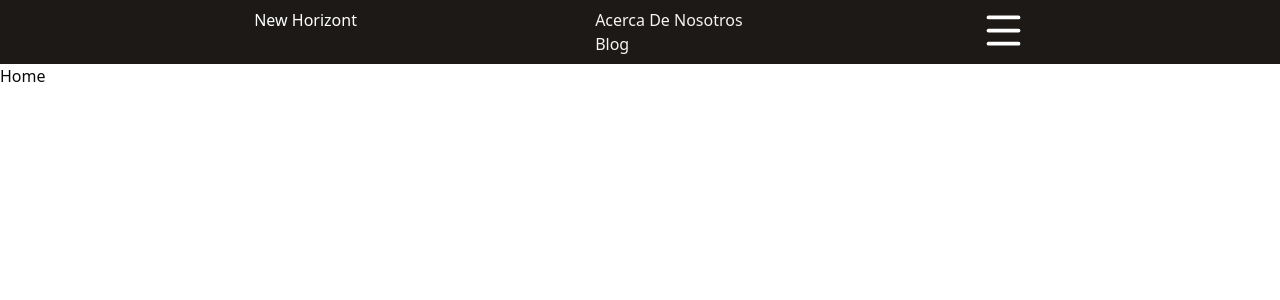
Repository: jefrydep/new-horizont-school
Page: /
The author's editor kept a copy of each file at every save. The page is drawn from the files as they stood at one save, then again after the next save.
The browser window is 1280 px wide. The pictures show the whole page.
The project was rebuilt for these pictures with package versions that can differ from the ones it lists, and the page was loaded fresh each time. The framework's server and built-in components were replaced by stand-ins that run in the browser. Also part of the build but not shown: next.config.ts.

Above is the page before, as saved 2024-11-07 17:10:05.

After the next save:
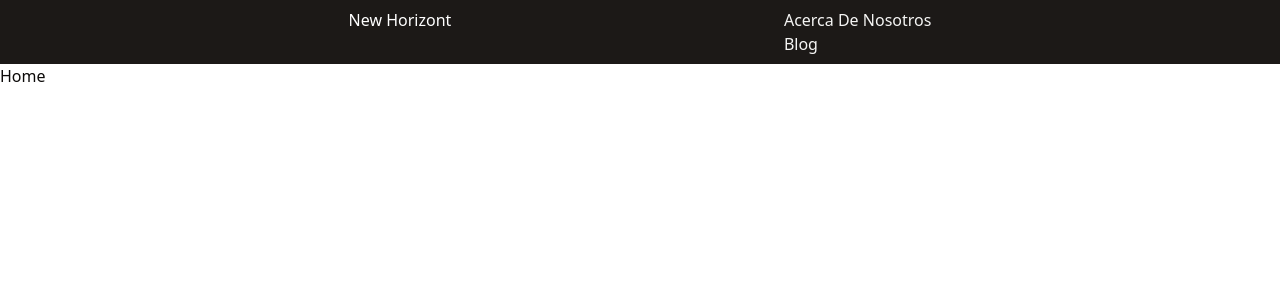
Saved 17 s later.
--- a/src/components/Navbar.tsx
+++ b/src/components/Navbar.tsx
@@ -14,7 +14,7 @@ export default function Navbar() {
             <Link href={"/blog"}>Blog</Link>
           </li>
         </nav>
-        <div className="  ">
+        <div className="  sm:hidden">
           <Menu color="white" size={45} />
         </div>
         {/* <li className="text-secondary">
